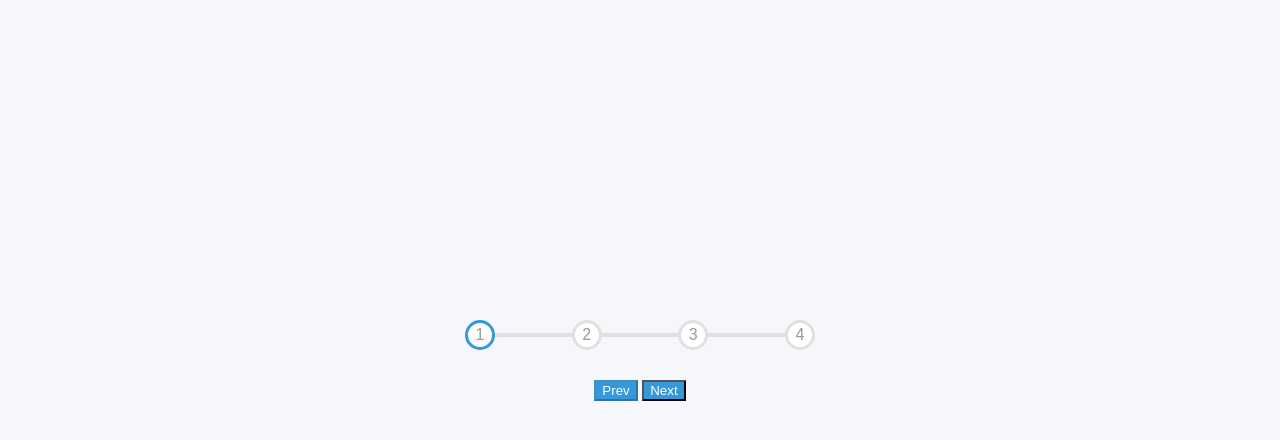
Repository: cyborgEneki/50Projects50Days
Page: progress_steps/index.html
The author's editor kept a copy of each file at every save. The page is drawn from the files as they stood at one save, then again after a run of saves.
The browser window is 1280 px wide. The pictures show the whole page.
Some web fonts or font styles are not loaded; a fallback is used.

Above is the page before, as saved 2021-01-02 15:24:47.

### progress_steps/index.html
<!DOCTYPE html>
<html lang="en">
<head>
    <meta charset="UTF-8">
    <meta name="viewport" content="width=device-width, initial-scale=1.0">
    <!-- <link rel="stylesheet" href="https://cdnjs.cloudflare.com/ajax/libs/font-awesome/5.15.1/css/all.min.css"
        integrity="sha512-+4zCK9k+qNFUR5X+cKL9EIR+ZOhtIloNl9GIKS57V1MyNsYpYcUrUeQc9vNfzsWfV28IaLL3i96P9sdNyeRssA=="
        crossorigin="anonymous" /> -->
    <link rel="stylesheet" href="style.css">
    <title>Progress Steps</title>
</head>
<body>
    <div class="container">
        <div class="progress-container">
            <div class="progress" id="progress"></div>
            <div class="circle active">1</div>
            <div class="circle">2</div>
            <div class="circle">3</div>
            <div class="circle">4</div>
        </div>

        <button class="btn" id="prev" disabled>Prev</button>
        <button class="btn" id="next">Next</button>
    </div>
    <script src="script.js"></script>
</body>
</html>

### progress_steps/style.css
@import url('https://fonts.googleapis.com/css?family=Muli&display=swap');

:root {
    --line-border-fill: #3498db;
    --line-border-empty: #e0e0e0;
}

* {
    box-sizing: border-box;
}

body {
    font-family: 'Muli', sans-serif;
    margin: 0;
    display: flex;
    align-items: center;
    justify-content: center;
    height: 100vh;
    overflow: hidden;
    background-color: #f6f7fb;
}

.container {
    text-align: center;
}

.progress-container {
    display: flex;
    justify-content: space-between;
    position: relative;
    margin-bottom: 30px;
    max-width: 100%;
    width: 350px;
}

.progress-container::before {
    content: '';
    background-color: var(--line-border-empty);
    position: absolute;
    top: 50%;
    left: 0;
    transform: translateY(-50%);
    height: 4px;
    width: 100%;
    z-index: -1;
}

.progress {
    background-color:var(--line-border-fill);
    position: absolute;
    top: 50%;
    left: 0;
    height: 4px;
    width: 0%;
    transform: translateY(-50%);
    z-index: -1;
    transition: .4s ease;
}

.circle {
    background-color: #fff;
    color: #999;
    border-radius: 50%;
    height: 30px;
    width: 30px;
    display: flex;
    align-items: center;
    justify-content: center;
    border: 3px solid var(--line-border-empty);
    transition: .4s ease;
}

.circle.active {
    border-color: var(--line-border-fill);
}

.btn {
    background-color: var(--line-border-fill);
    color: #fff;
    border
}

Loaded but not shown: progress_steps/script.js (no stored copy; drawn as an empty file)

After the next 6 saves:
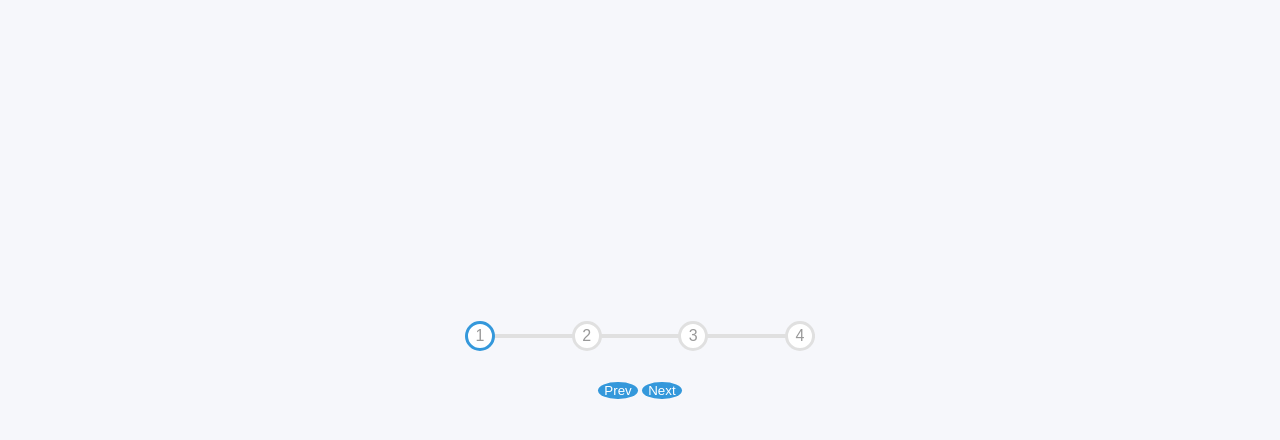
The 6 saves are shown as one change because they came seconds apart.
The last was saved 19 s later.
--- a/progress_steps/style.css
+++ b/progress_steps/style.css
@@ -77,5 +77,8 @@ body {
 .btn {
     background-color: var(--line-border-fill);
     color: #fff;
-    border
+    border: 0;
+    border-radius: 50%;
+    cursor: pointer;
+    font-family: inherit;
 }
